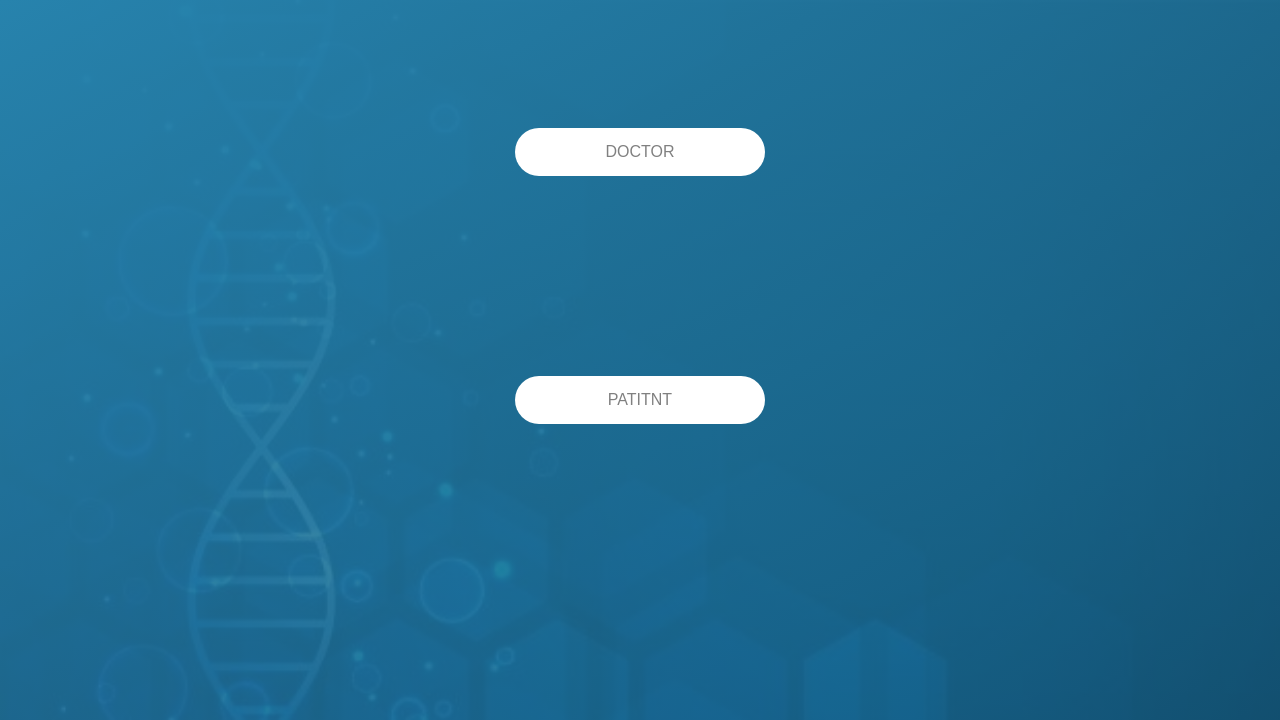
Repository: ajayaj2001/healthcare-digitization
Page: /
An editor plug-in stored every save of this project. The page is shown before and after the next save, followed by the edit.
The browser window is 1280 px wide. The pictures show the whole page.
The project was rebuilt for these pictures with package versions that can differ from the ones it lists, and the page was loaded fresh each time.

Above is the page before, as saved 2021-03-12 18:39:05.

After the next save:
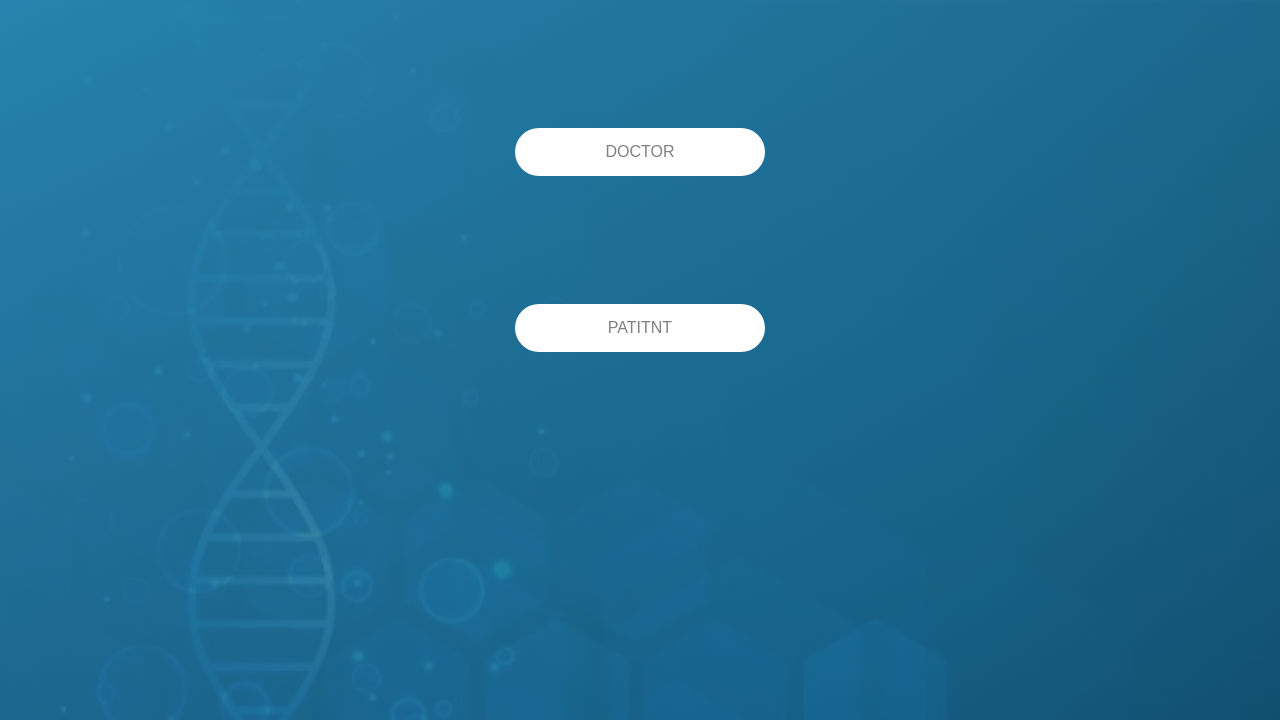
Saved 8 s later.
--- a/src/component/userType/UserType.scss
+++ b/src/component/userType/UserType.scss
@@ -20,7 +20,7 @@
         position: relative;
         font-size: 1.6rem;
         width: 25rem;
-        margin-bottom: 20rem;
+        margin-bottom: 10%;
         //for button element
 
         border: none;
